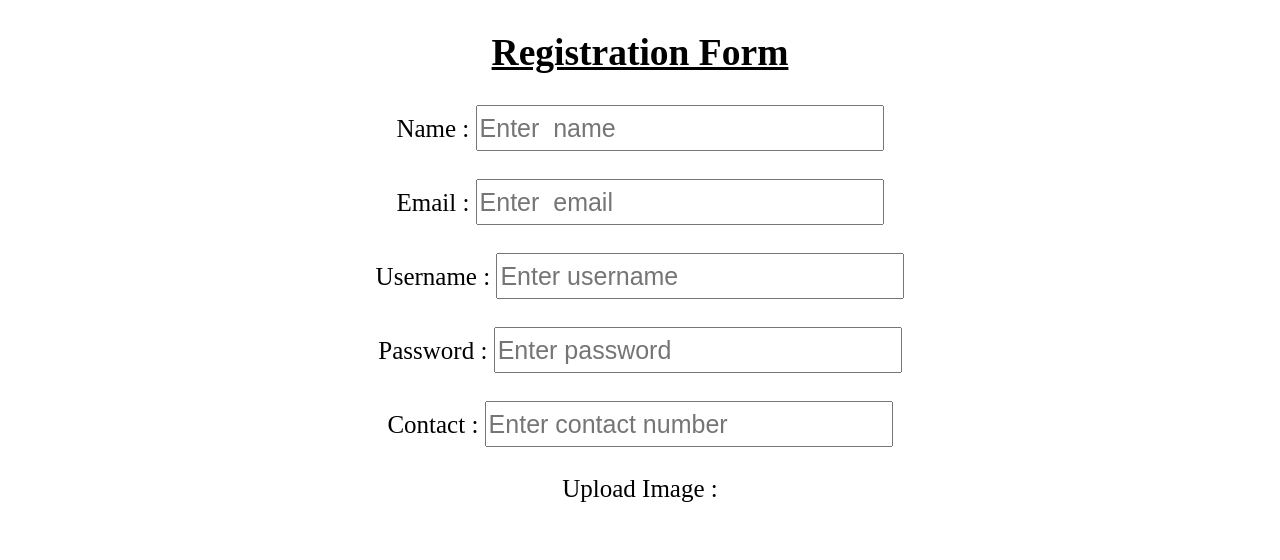
Repository: umeshkumarchamp/SpringMVC
Page: http://localhost/webapp/WEB-INF/views/home.jsp
An editor plug-in stored every save of this project. The page is shown before and after the next save, followed by the edit.
The browser window is 1280 px wide. The pictures show the whole page.
The page is served by Tomcat 9. Nobody is signed in. Other server files are loaded and not shown. The template is opened directly, without the code that normally fills it, so the values that code supplies are empty.

Above is the page before, as saved 2023-11-23 05:56:56.

### webapp/src/main/webapp/WEB-INF/views/home.jsp
<%@page contentType="text/html" pageEncoding="UTF-8"%>
<!DOCTYPE HTML PUBLIC "-//W3C//DTD HTML 4.01 Transitional//EN"
   "http://www.w3.org/TR/html4/loose.dtd">

<html>
<head>
<meta http-equiv="Content-Type" content="text/html; charset=UTF-8">
<title>Home</title>
</head>
<body style="font-size:25px;">
	<form style="text-align:center">
		<h2><u>Registration Form</u></h2>
		<label>Name : </label>
		<input type="text" name="name" value="" style="font-size:25px; width:400px ; height:40px;" placeholder="Enter  name "/><br><br>
		<label>Email : </label>
		<input type="email" name="email" value="" style="font-size:25px; width:400px ; height:40px;" placeholder="Enter  email"/><br><br>
		<label>Username : </label>
		<input type="text" name="username" value="" style="font-size:25px; width:400px ; height:40px;" placeholder="Enter username "/><br><br>
		<label>Password : </label>
		<input type="password" name="password" value="" style="font-size:25px; width:400px ; height:40px;" placeholder="Enter password "/><br><br>
		<label>Contact : </label>
		<input type="number" name="contact" value="" style="font-size:25px; width:400px ; height:40px;" placeholder="Enter contact number "/><br><br>
		<label>Upload Image : </label>
	</form>
</body>
</html>

After the next save:
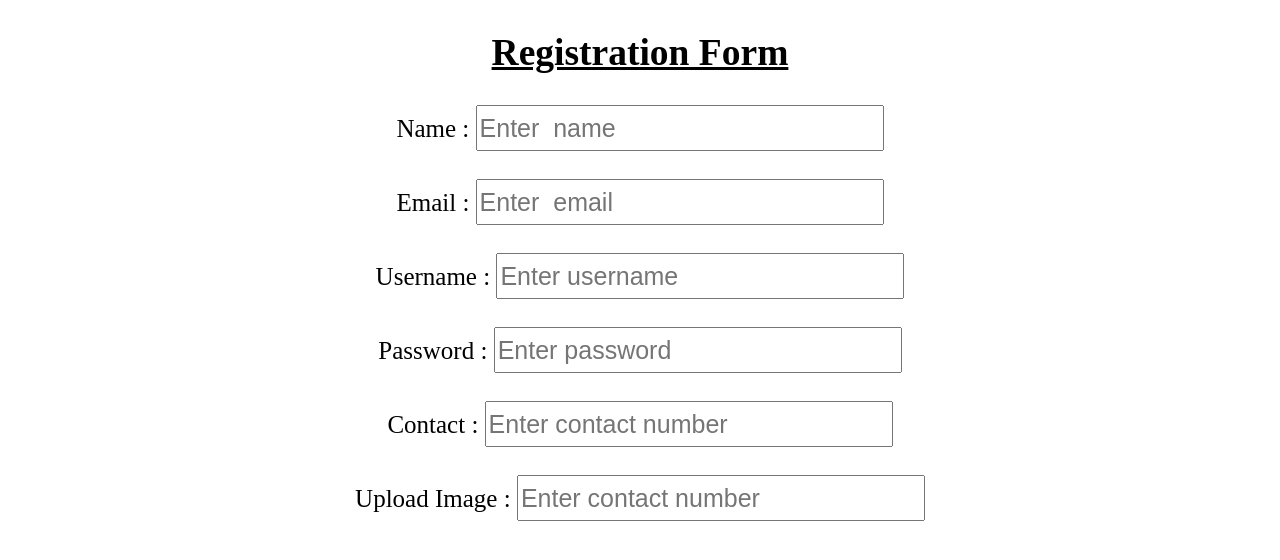
Saved 12 s later.
--- a/webapp/src/main/webapp/WEB-INF/views/home.jsp
+++ b/webapp/src/main/webapp/WEB-INF/views/home.jsp
@@ -7,20 +7,35 @@
 <meta http-equiv="Content-Type" content="text/html; charset=UTF-8">
 <title>Home</title>
 </head>
-<body style="font-size:25px;">
-	<form style="text-align:center">
-		<h2><u>Registration Form</u></h2>
-		<label>Name : </label>
-		<input type="text" name="name" value="" style="font-size:25px; width:400px ; height:40px;" placeholder="Enter  name "/><br><br>
-		<label>Email : </label>
-		<input type="email" name="email" value="" style="font-size:25px; width:400px ; height:40px;" placeholder="Enter  email"/><br><br>
-		<label>Username : </label>
-		<input type="text" name="username" value="" style="font-size:25px; width:400px ; height:40px;" placeholder="Enter username "/><br><br>
-		<label>Password : </label>
-		<input type="password" name="password" value="" style="font-size:25px; width:400px ; height:40px;" placeholder="Enter password "/><br><br>
-		<label>Contact : </label>
-		<input type="number" name="contact" value="" style="font-size:25px; width:400px ; height:40px;" placeholder="Enter contact number "/><br><br>
-		<label>Upload Image : </label>
+<body style="font-size: 25px;">
+	<form style="text-align: center">
+		<h2>
+			<u>Registration Form</u>
+		</h2>
+		<label>Name : </label> <input type="text" name="name" value=""
+			style="font-size: 25px; width: 400px; height: 40px;"
+			placeholder="Enter  name " /><br>
+		<br> <label>Email : </label> <input type="email" name="email"
+			value="" style="font-size: 25px; width: 400px; height: 40px;"
+			placeholder="Enter  email" /><br>
+		<br> <label>Username : </label> <input type="text"
+			name="username" value=""
+			style="font-size: 25px; width: 400px; height: 40px;"
+			placeholder="Enter username " /><br>
+		<br> <label>Password : </label> <input type="password"
+			name="password" value=""
+			style="font-size: 25px; width: 400px; height: 40px;"
+			placeholder="Enter password " /><br>
+		<br> <label>Contact : </label> <input type="number"
+			name="contact" value=""
+			style="font-size: 25px; width: 400px; height: 40px;"
+			placeholder="Enter contact number " /><br>
+		<br> <label>Upload Image : </label> <input type="number"
+			name="contact" value=""
+			style="font-size: 25px; width: 400px; height: 40px;"
+			placeholder="Enter contact number " /><br>
+		<br>
+
 	</form>
 </body>
 </html>
